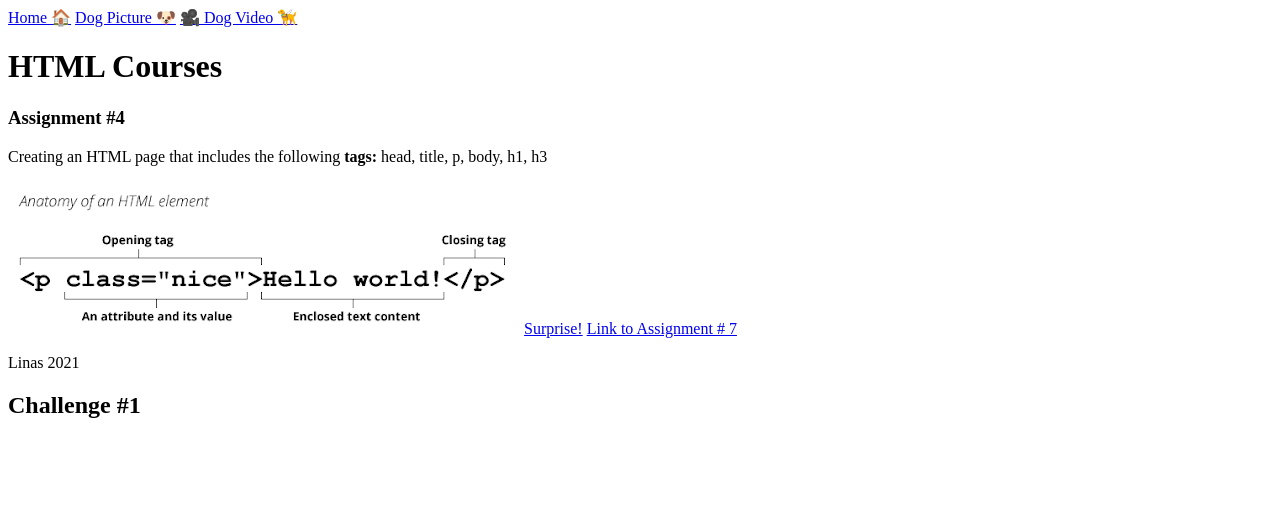
Repository: linas-dev/HTML-CSS-Projects
Page: Assignment.html
The author's editor kept a copy of each file at every save. The page is drawn from the files as they stood at one save, then again after the next save.
The browser window is 1280 px wide. The pictures show the whole page.

Above is the page before, as saved 2021-05-26 18:53:27.

After the next save:
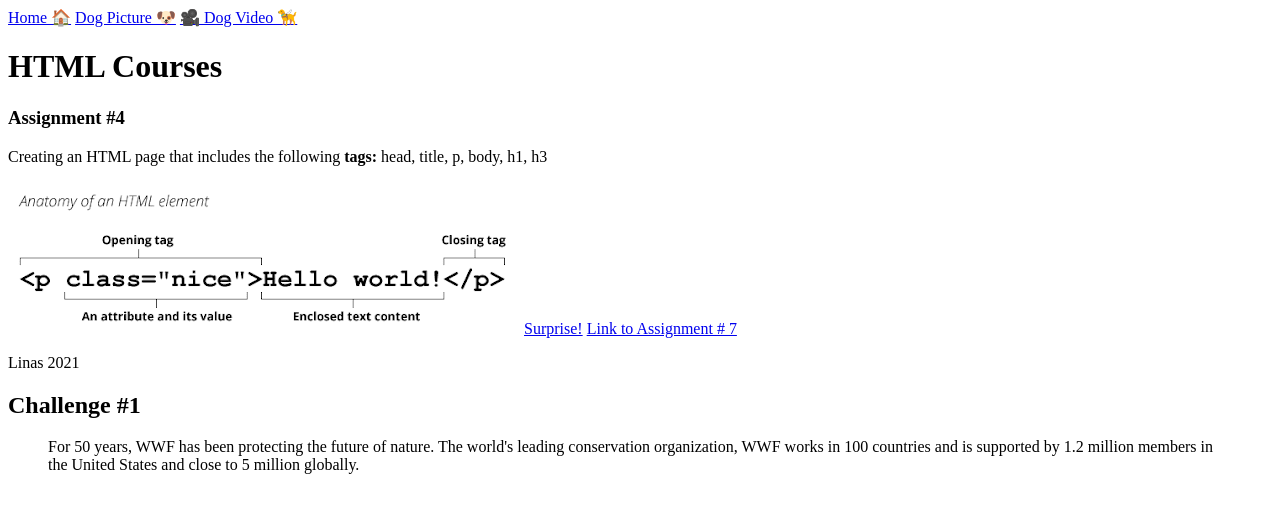
Saved 52 s later.
--- a/Assignment.html
+++ b/Assignment.html
@@ -27,5 +27,11 @@
     </footer>
 
     <h2>Challenge #1</h2>
+    <blockquote cite="http://www.worldwildlife.org/who/index.html">
+        For 50 years, WWF has been protecting the future of nature.
+          The world's leading conservation organization, WWF works in 100 countries
+          and is supported by 1.2 million members in the United States and close
+          to 5 million globally.
+        </blockquote>
 </body>
 </html>
